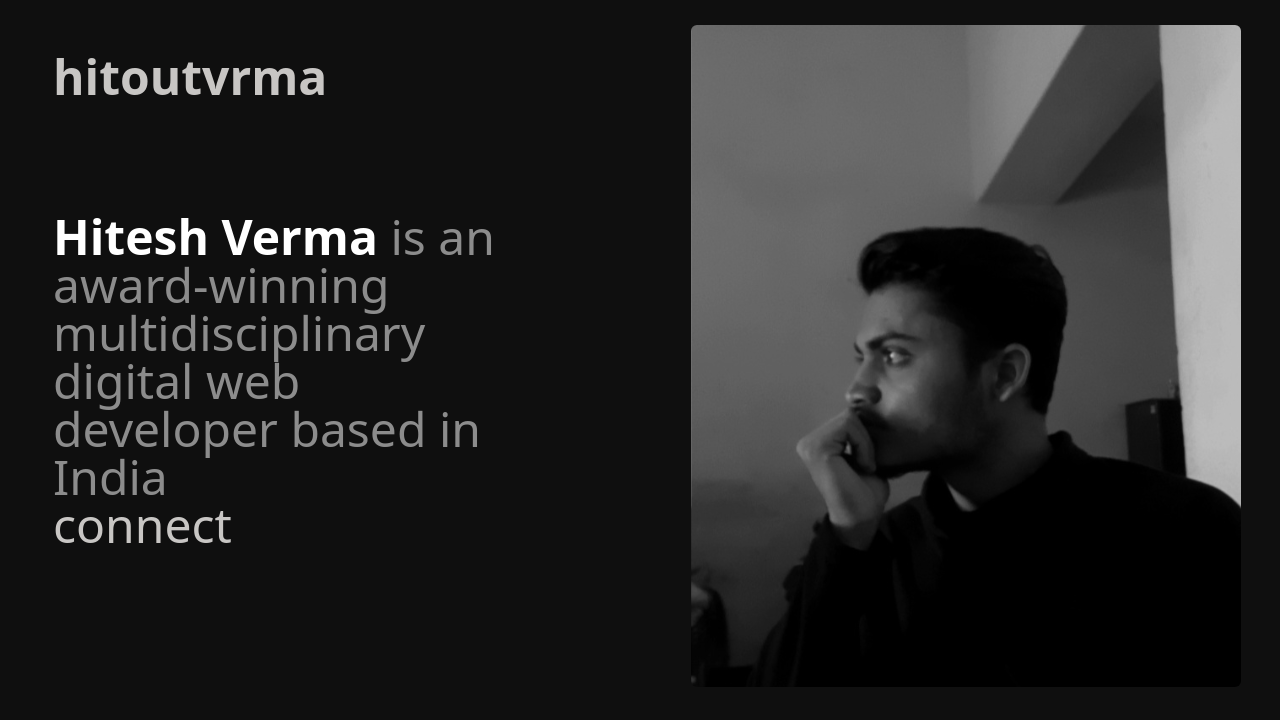
Repository: hitoutvrma/portfolio
Page: /
The author's editor kept a copy of each file at every save. The page is drawn from the files as they stood at one save, then again after the next save.
The browser window is 1280 px wide. The pictures show the whole page.
The project was rebuilt for these pictures with package versions that can differ from the ones it lists, and the page was loaded fresh each time. Also part of the build but not shown: vite.config.js.

Above is the page before, as saved 2025-03-07 00:59:41.

### src/index.css
@import "tailwindcss";
body{
    background-color: #0f0f0f;
    color: #c8c6c4;
    padding: 25px;
}

### src/App.jsx
import React from 'react'

function App() {
  return (
    <div className=''>
      <div className="sm:flex">
      <div className='hero sm:p-7 sm:text-5xl text-4xl w-[80vw] sm:w-[40vw]'>
      <logo className='text-4xl sm:text-5xl font-semibold'>hitoutvrma</logo>
        <p className='mt-28 text-[#8c8c8c]'><span className='text-white font-semibold'>Hitesh Verma</span> is an award-winning multidisciplinary digital web developer based in India</p>

        <div className=''>
          connect
        </div>
        </div>
        <div style={{ backgroundImage: "url('/user.jpg')" }} className='sm:ml-[12vw] bg-cover bg-center w-[43vw] h-[92vh]  bg-[#3a3a3a] rounded-md'>
        </div>
      </div>

    </div>
  )
}

export default App

Loaded but not shown: index.html (common file); src/main.jsx (common file)

After the next save:
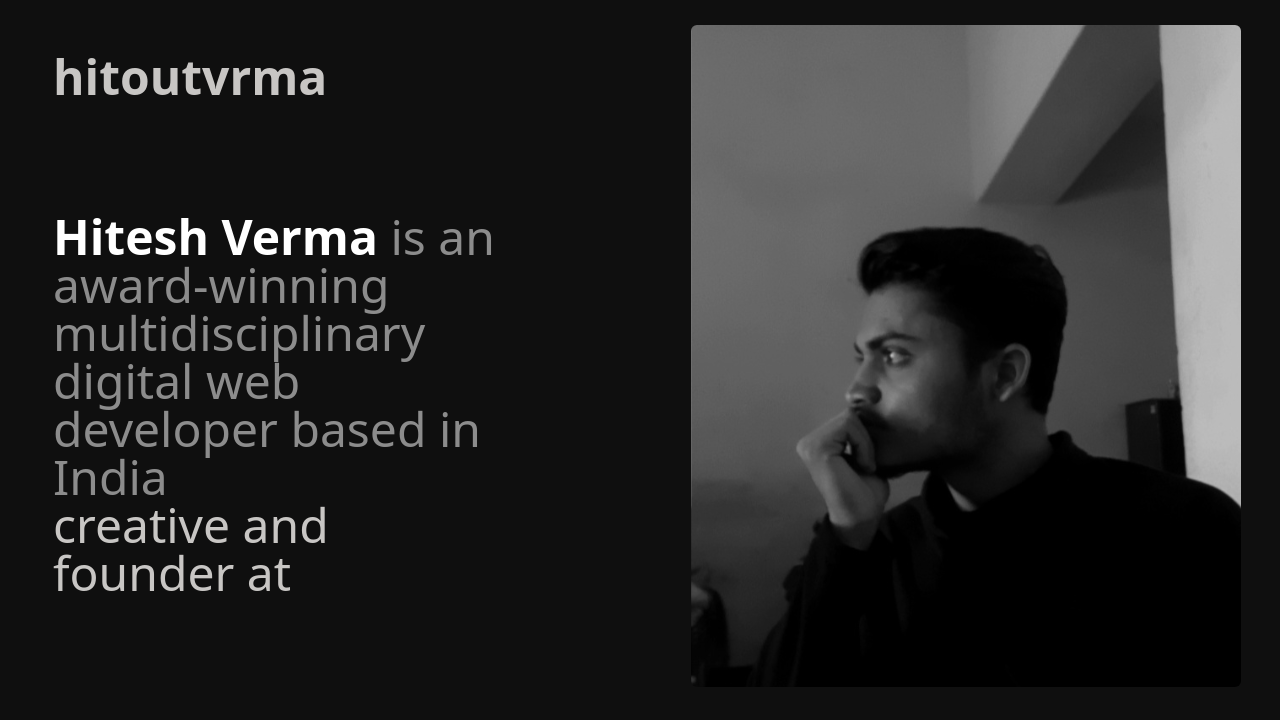
Saved 48 s later.
--- a/src/App.jsx
+++ b/src/App.jsx
@@ -9,7 +9,7 @@ function App() {
         <p className='mt-28 text-[#8c8c8c]'><span className='text-white font-semibold'>Hitesh Verma</span> is an award-winning multidisciplinary digital web developer based in India</p>
 
         <div className=''>
-          connect
+          creative and founder at
         </div>
         </div>
         <div style={{ backgroundImage: "url('/user.jpg')" }} className='sm:ml-[12vw] bg-cover bg-center w-[43vw] h-[92vh]  bg-[#3a3a3a] rounded-md'>
